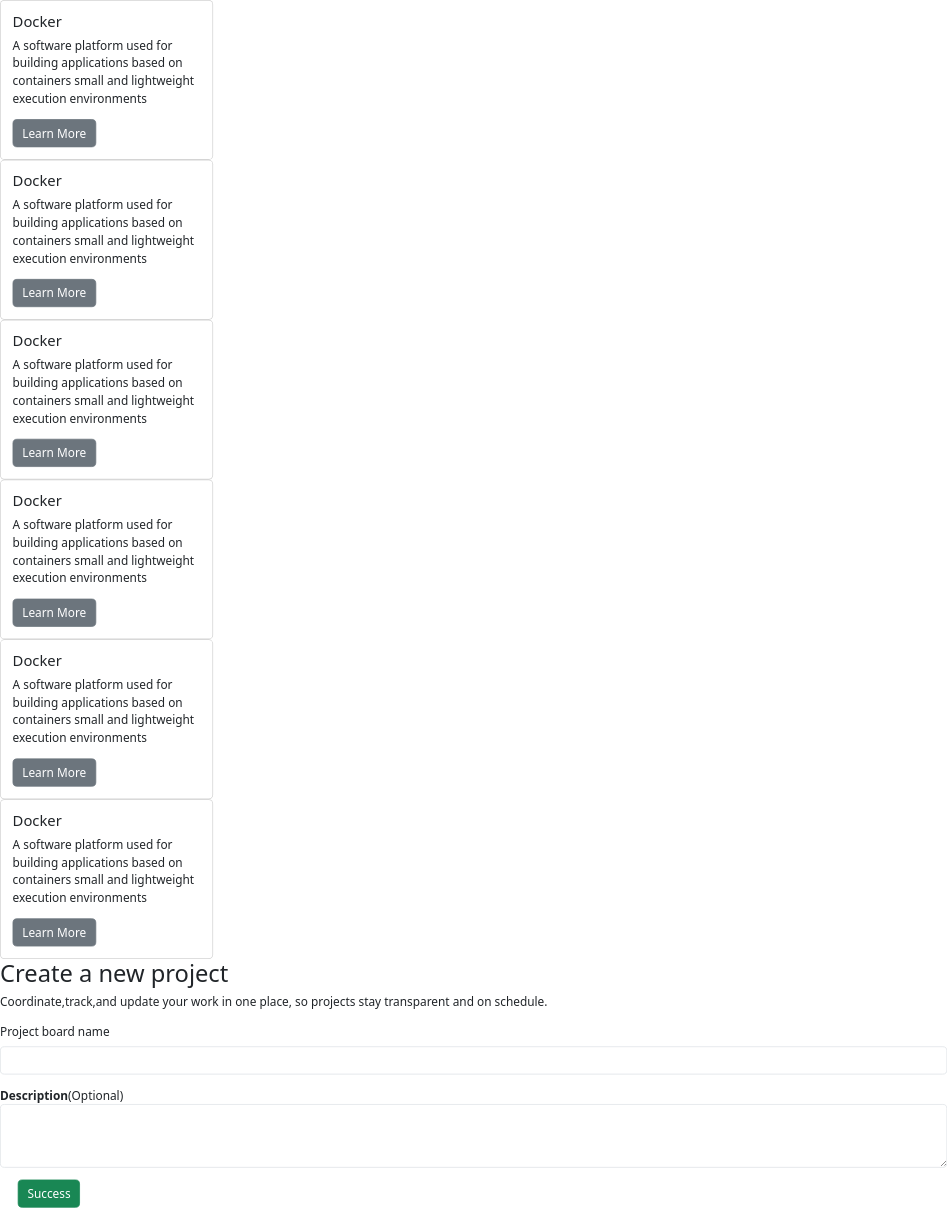
Repository: NSS-Evening-25-Cohort/e25-gitsub-control-alt-defeat
Page: index.html
An editor plug-in stored every save of this project. The page is shown before and after a run of saves, followed by the edit.
The browser window is 1280 px wide. The pictures show the whole page, at 74% of full size.

Above is the page before, as saved 2023-11-07 19:11:03.

After the next 6 saves:
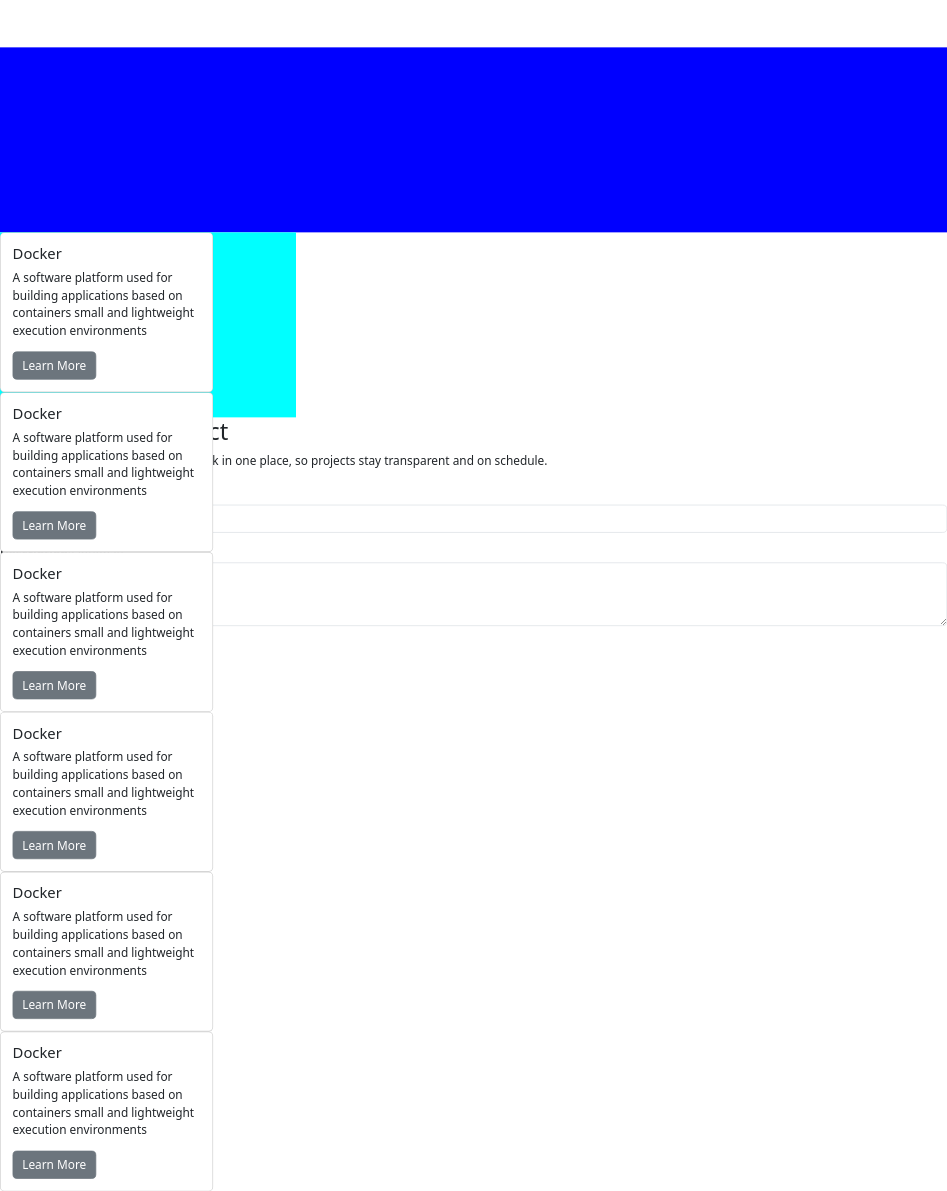
The 6 saves are shown as one change because they came seconds apart.
The last was saved 17 s later.
--- a/main.css
+++ b/main.css
@@ -5,7 +5,7 @@
   flex-direction: column; */
 }
 
-/* .headerPlacement {
+.headerPlacement {
   display: flex;
   justify-content: end;
 }
@@ -50,7 +50,7 @@
   display: flex;
   justify-content: center;
   gap: 10%;
-} */
+}
 
 .footer img {
   width: 10px;
